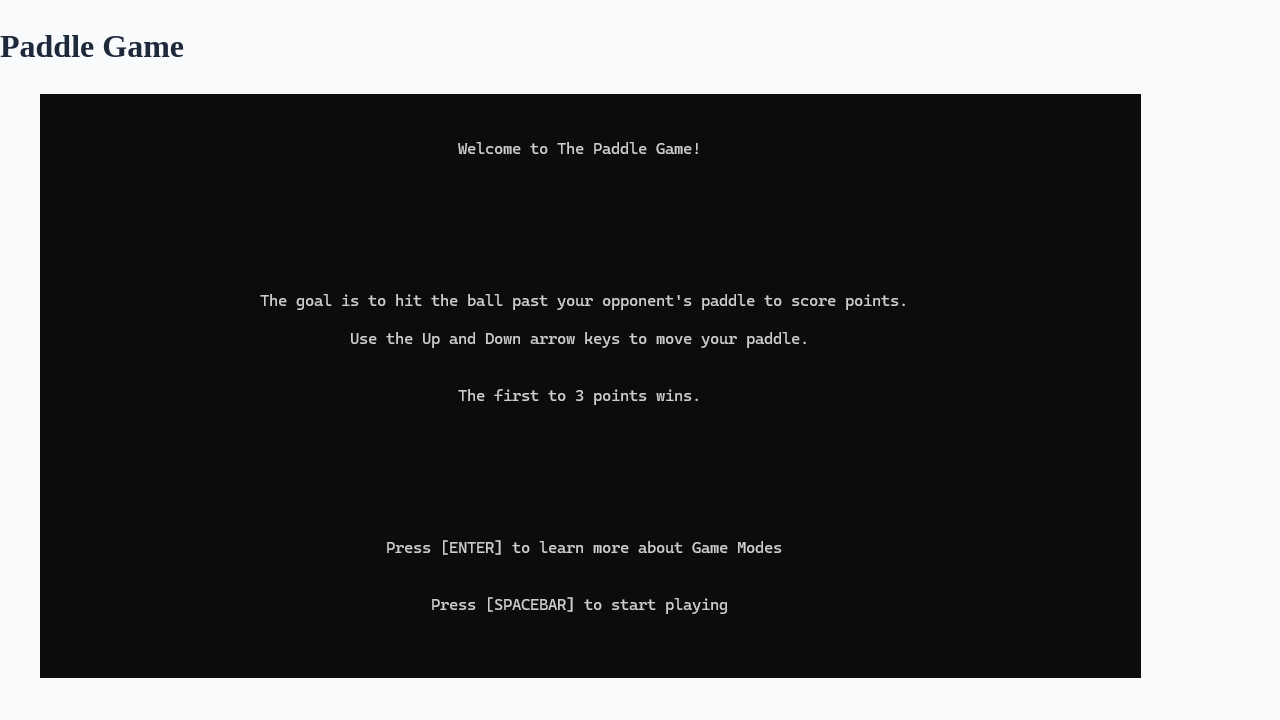
Repository: alison-cunningham/alison-cunningham
Page: pages/paddle-game.html
An editor plug-in stored every save of this project. The page is shown before and after the next save, followed by the edit.
The browser window is 1280 px wide. The pictures show the whole page.
Some web fonts or font styles are not loaded; a fallback is used.

Above is the page before, as saved 2026-05-08 19:54:39.

After the next save:
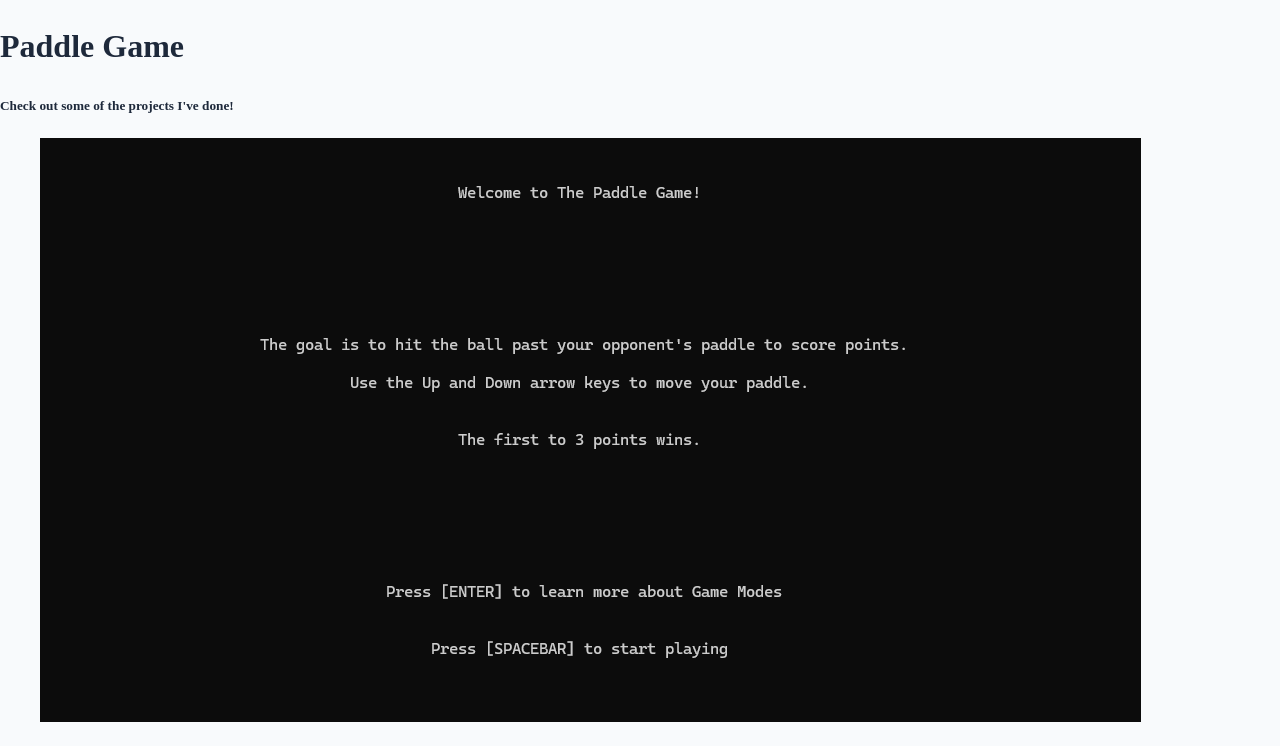
Saved 24 s later.
--- a/pages/paddle-game.html
+++ b/pages/paddle-game.html
@@ -9,7 +9,12 @@
 <body>
     <header>
         <h1>Paddle Game</h1>
+        <h5>Check out some of the projects I've done!</h5>
     </header>
+
+    <aside>
+        <a href="./paddle-game.html"
+    </aside>
 
     <figure>
         <img src="../assets/images/paddle-game-screenshot-2.png" alt="Screenshot from Paddle Game gameplay">
